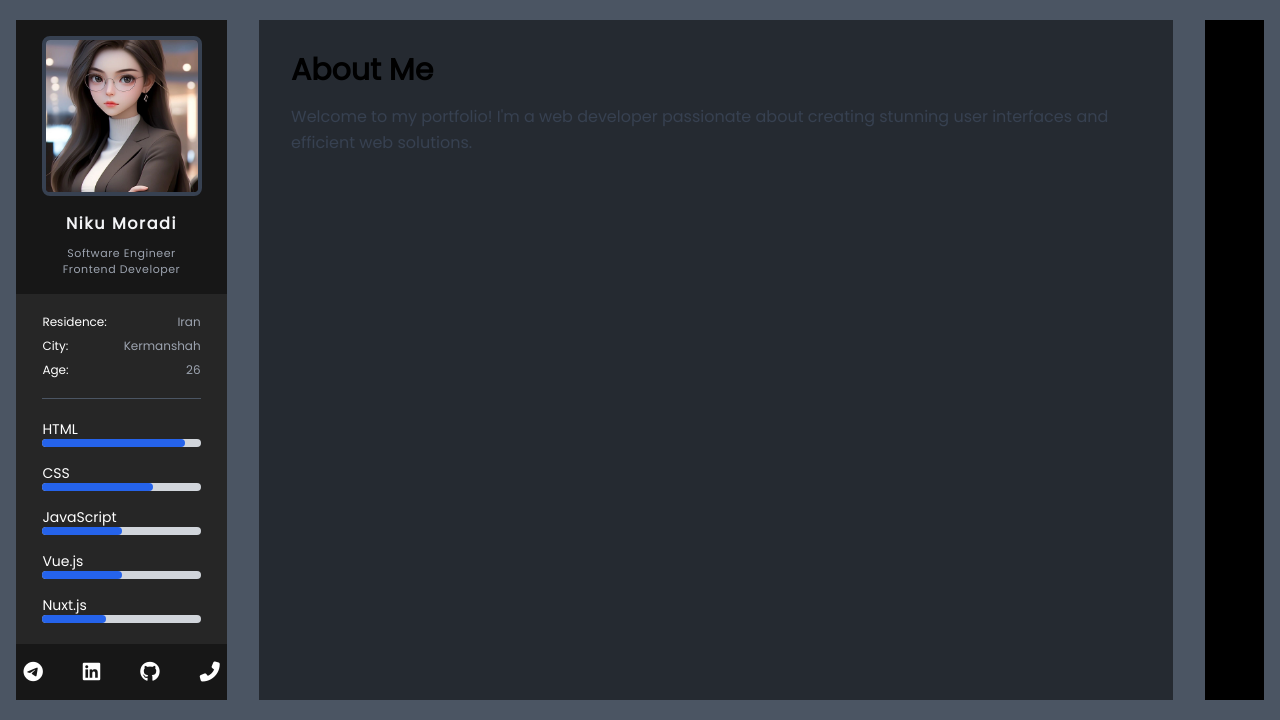
Repository: NikuMoradi/niku-moradi
Page: /
These files come from the project's save history. The page is drawn as it stood at one moment and after the next save; the edit follows.
The browser window is 1280 px wide. The pictures show the whole page.
The project was rebuilt for these pictures with package versions that can differ from the ones it lists, and the page was loaded fresh each time. The framework's server and built-in components were replaced by stand-ins that run in the browser. Also part of the build but not shown: nuxt.config.ts, components/Blog Posts/Component-Design.vue, components/Blog.vue, components/Contact.vue, components/Education.vue, components/Experience.vue, components/Hero.vue, components/Menu.vue and 3 more.

Above is the page before, as saved 2024-11-29 12:32:29.
Not found: assets/img/bg.jpg

After the next save:
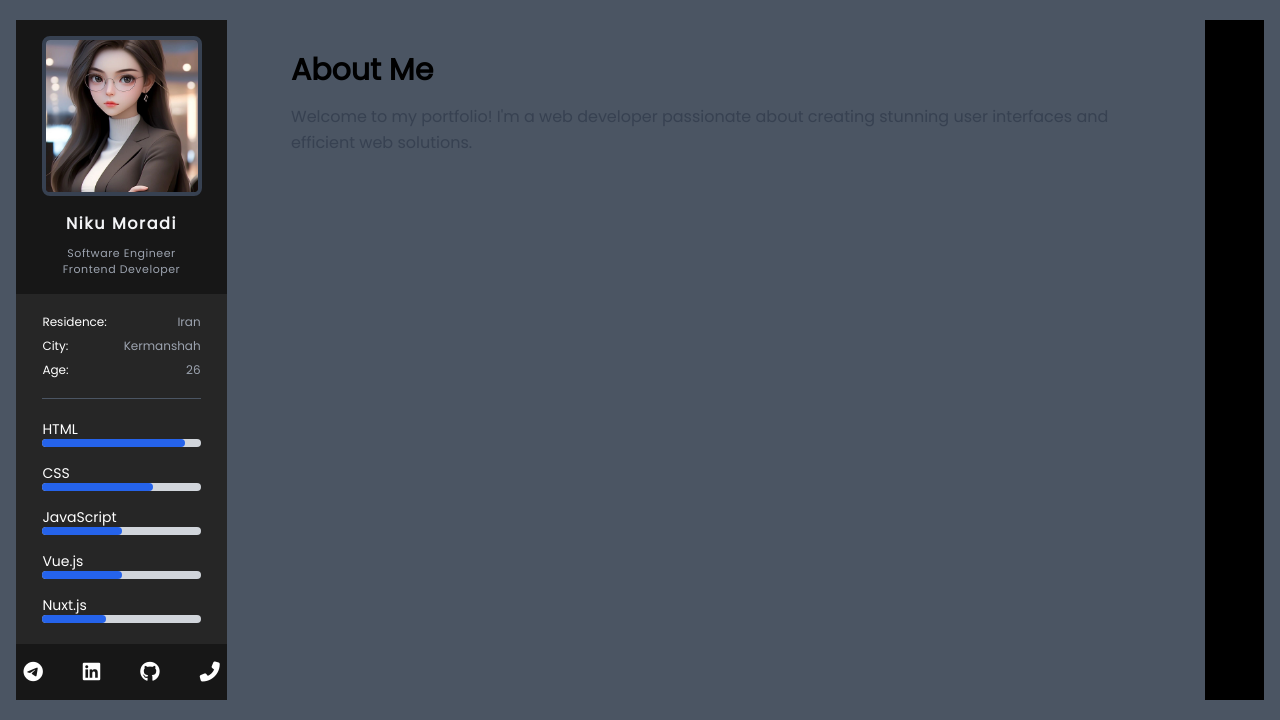
Saved 72 s later.
--- a/layouts/default.vue
+++ b/layouts/default.vue
@@ -6,10 +6,12 @@
 
     <!-- Fixed Width Centered Card -->
     <div
-      class="bg-black bg-opacity-50 w-full max-w-5xl overflow-hidden"
+      class="w-full max-w-5xl overflow-hidden"
       style="
         height: calc(100vh - 40px);
         background-image: url('/assets/img/bg.jpg');
+        background-size: cover;
+        background-position: center;
       "
     >
       <!-- Scrollable Content -->
